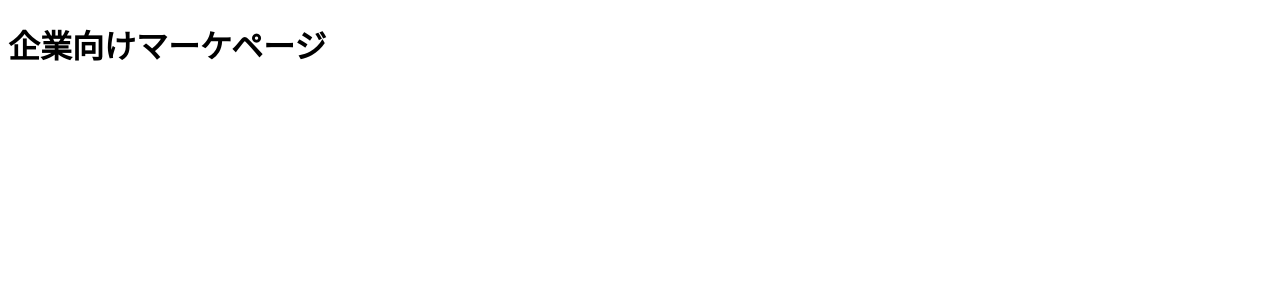
Repository: kyoko-shiraishi/Reproduce
Page: http://localhost/business
These files come from the project's save history. The page is drawn as it stood at one moment and after the next save; the edit follows.
The browser window is 1280 px wide. The pictures show the whole page.
The page is served by the project's Laravel application, run on PHP 8.4 with Laravel 12. Queries for data that is not in the repository find no rows.

Above is the page before, as saved 2024-10-16 07:52:46.

After the next save:
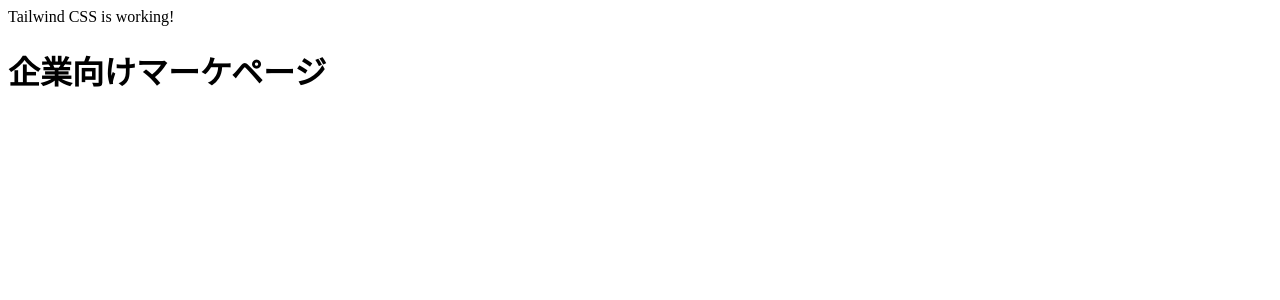
Saved 25 min 5 s later.
--- a/resources/views/please/business.blade.php
+++ b/resources/views/please/business.blade.php
@@ -6,6 +6,9 @@
     <title>business</title>
 </head>
 <body>
+<div class="bg-red-500 text-white p-4">
+    Tailwind CSS is working!
+</div>
     <h1>企業向けマーケページ</h1>
 </body>
 </html>
